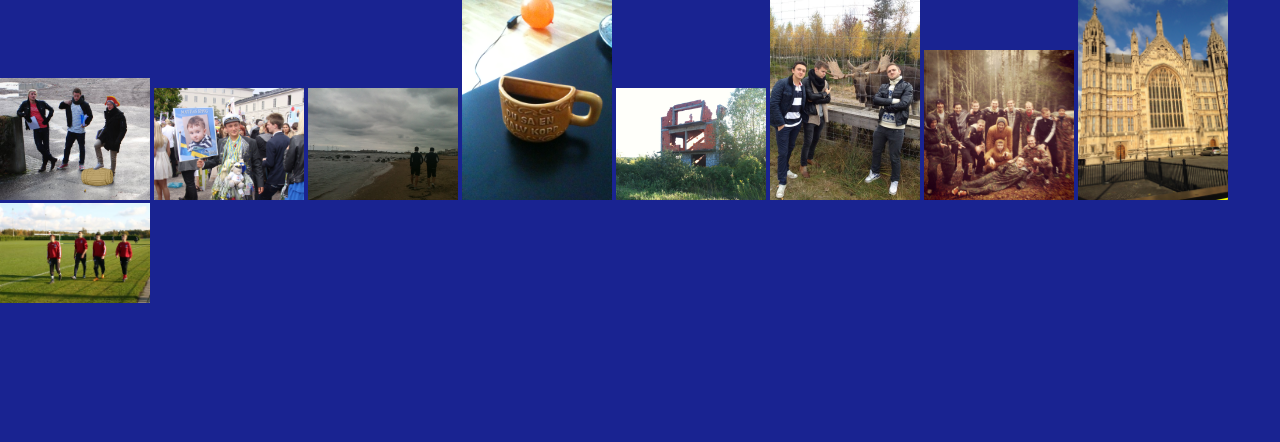
Repository: mp222sf/1ik415-laborationer
Page: gallery/index.html
The author's editor kept a record of every edit. The page is drawn from the files as they stood at one moment, then again after the next edit.
The browser window is 1280 px wide. The pictures show the whole page.

Above is the page before.

### gallery/index.html
<!doctype html>
<html lang="sv">
    <head>
        <meta charset="utf-8" />
        <title>Gallery</title>
        <meta name="viewport" content="width=device-width, initial-scale=1, user-scalable=0, maximum-scale=1">
        <link rel="stylesheet" href="css/style_gallery.css" media="screen" />
        <link rel="stylesheet" href="css/print.css" media="print" />
        <link rel="stylesheet" href="css/mobileDevices.css" media="only screen and (max-width: 480px)" />
    </head>
    <body>
        <div id="container">
            <div id="content">
                <a href="pics/CaptainMorgan.jpg" title="Captain Morgan-skepnad."><img src="pics/CaptainMorgan.jpg" alt="En omredigerad bild på mig i Captain Morgan-skepnad."></img></a>
                <a href="pics/DSC04676.JPG" title="'Sjung om studentens lyckliga dar...'"><img src="pics/DSC04676.JPG" alt="Jag utanför skolan dagen jag tog studenten."></img></a>
                <a href="pics/IMG_0128.JPG" title="Sommarväder på västkusten."><img src="pics/IMG_0128.JPG" alt="En strandpromenad på stranden i Falkenberg."></img></a>
                <a href="pics/IMG_0623.JPG" title="Visst?"><img src="pics/IMG_0623.JPG" alt="En unik kopp som vertikalt är delad på mitten."></img></a>
                <a href="pics/IMG_0677.JPG" title="Familjens hus i Bosnien efter kriget."><img src="pics/IMG_0677.JPG" alt="Min familjs sönderbombade hus i Bosnien."></img></a>
                <a href="pics/IMG_2771.JPG" title="18-taggaren ville vara med på en selfie."><img src="pics/IMG_2771.JPG" alt="Jag, två vänner och en älg på en älgpark."></img></a>
                <a href="pics/IMG_2862.JPG" title="World War 3!"><img src="pics/IMG_2862.JPG" alt="Gruppfoto på lagkamrater i paintballkläder."></img></a>
                <a href="pics/IMG_2952.JPG" title="Palace of Westminster, London."><img src="pics/IMG_2952.JPG" alt="Palace of Westminster-byggnaden i London."></img></a>
                <a href="pics/IMG_9748.JPG" title="Första träningen med hollänska klubben SC Heerenveen."><img src="pics/IMG_9748.JPG" alt="Jag och tre vänner på en fotbollsplan under ett provspel med SC Heerenveen."></img></a>
            </div>
        </div>
    </body>
</html>

### gallery/css/style_gallery.css
/* http://meyerweb.com/eric/tools/css/reset/
   v2.0 | 20110126
   License: none (public domain)
*/

html, body, div, span, applet, object, iframe,
h1, h2, h3, h4, h5, h6, p, blockquote, pre,
a, abbr, acronym, address, big, cite, code,
del, dfn, em, img, ins, kbd, q, s, samp,
small, strike, strong, sub, sup, tt, var,
b, u, i, center,
dl, dt, dd, ol, ul, li,
fieldset, form, label, legend,
table, caption, tbody, tfoot, thead, tr, th, td,
article, aside, canvas, details, embed,
figure, figcaption, footer, header, hgroup,
menu, nav, output, ruby, section, summary,
time, mark, audio, video {
	margin: 0;
	padding: 0;
	border: 0;
	font-size: 100%;
	font: inherit;
	vertical-align: baseline;
}
/* HTML5 display-role reset for older browsers */
article, aside, details, figcaption, figure,
footer, header, hgroup, menu, nav, section {
	display: block;
}
body {
	line-height: 1;
	background: #192391;
}
ol, ul {
	list-style: none;
}
blockquote, q {
	quotes: none;
}
blockquote:before, blockquote:after,
q:before, q:after {
	content: '';
	content: none;
}


#container {

}
#gallery {
    width: 70%;
    margin-left: auto;
    margin-right: auto;
    position: relative;

}


img {
    width: 150px;



}

### css/print.css
/* http://meyerweb.com/eric/tools/css/reset/
   v2.0 | 20110126
   License: none (public domain)
*/

html, body, div, span, applet, object, iframe,
h1, h2, h3, h4, h5, h6, p, blockquote, pre,
a, abbr, acronym, address, big, cite, code,
del, dfn, em, img, ins, kbd, q, s, samp,
small, strike, strong, sub, sup, tt, var,
b, u, i, center,
dl, dt, dd, ol, ul, li,
fieldset, form, label, legend,
table, caption, tbody, tfoot, thead, tr, th, td,
article, aside, canvas, details, embed,
figure, figcaption, footer, header, hgroup,
menu, nav, output, ruby, section, summary,
time, mark, audio, video {
	margin: 0;
	padding: 0;
	border: 0;
	font-size: 100%;
	font: inherit;
	vertical-align: baseline;
}
/* HTML5 display-role reset for older browsers */
article, aside, details, figcaption, figure,
footer, header, hgroup, menu, nav, section {
	display: block;
}
body {
	line-height: 1;
}
ol, ul {
	list-style: none;
}
blockquote, q {
	quotes: none;
}
blockquote:before, blockquote:after,
q:before, q:after {
	content: '';
	content: none;
}
table {
	border-collapse: collapse;
	border-spacing: 0;
}


a:link {
    color:#0000CC;
    text-decoration: underline;
}
a:visited {
    color:#0000CC;
    text-decoration: underline;

}

a:hover {
    color:#0000CC;
    text-decoration: underline;
}
a:focus {
    color:#0000CC;
    text-decoration: underline;
}
a:active {
    color:#0000CC;
    text-decoration: underline;
}
a:after {
    content:" (" attr(href) ") ";


}



/*
        COINTAINER
                        */
#cointainer {
    background-color:white;
    color:black;
    width:1000px;
    margin: 0 auto;
    text-align:left;
    font-size: 14pt;
    font-family: "Georgia", "Times New Roman", sans-serif;

}





/*
        HEADER
                        */
#header {
    background-color:white;
    background-image: url('../pics/jag_logotype.png');
    background-size: contain;
    background-repeat: no-repeat;
    color:black;
    text-align:left;
    height:150px;
    padding:10px;
    margin: 20px 0px 0px 0px;
    border-radius: 30px 30px 0px 0px;

    border-bottom: 5px double white;

}
#header h1 {
   font-size:72pt;
   text-align: right;
}
#header h3 {
   font-size:32pt;
   text-align: right;

}

#navigation_content {

    background-color:white;
    width:100%;
    height:100%;
    float:left;



}
/*
        NAVIGATION
                        */
#navigation           {
    display: none;
}






/*
        CONTENT
                        */
#content {
    width:100%;
    height:100%;
    background-color:white;
    float:left;
    padding:10px;

}
#content p {

   margin-bottom:5px;
   margin-top:0px;
}
#content strong {
   margin-top: 20px;
   font-size:18pt;



}
#content dt {
   margin-top: 10px;




}
#content dd {
    margin-left: 20px;
}
#content ul.little_list {
    list-style-type: square;
    margin-left: 30px;
}
#content li {
   margin-top: 10px;
}
#content li li {
   margin-top: 0px;



}
#content h3 {
   font-size:32pt;
   margin-bottom:10px;
   margin-top:10px;
}
#content h4 {
   font-size:24pt;
   margin-bottom:5px;
   margin-top:25px;
   border-bottom: 1px solid #1E1E1E;
}
#content h4.blogg {
   background-image: url('https://1ik415-laborationer-c9-mp222sf.c9.io/pics/jag_logotype.png');
   background-size: contain;
   background-repeat: no-repeat;
   font-size:24pt;
   margin-bottom:5px;
   margin-top:25px;
   padding-left:45px;
}
#content p.bloggnamn {
    font-style: italic;
    text-align: right;
}

#content fieldset {
    border:1px solid black;
    padding: 5px;
    background-color: white;
    margin-bottom: 10px;
    color: black;
    font-family: "Arial";


}

#content legend {
    padding: 3px;
    margin-left: 5px;
    margin-right: 5px;
  color:black;
  font-size:90%;
  text-align:left;
  background-color: white;
}
#content textarea {
    font-family: "Georgia";
}


#resultat_tabell thead {
   font-weight:bold;
   padding: 3px;
   margin-top: 20px
   margin-bottom: 20px;
   border: 1px solid black;
}
#resultat_tabell th {
    padding-top: 5px;
    padding-left: 3px;
   padding-bottom: 5px;
   background: white;
   text-align: center;

}
#resultat_tabell tbody td {
   padding: 3px;
   border-left: 1px solid black;
   border-right: 1px solid black;
}
#resultat_tabell tfoot td {
   padding: 3px;
   border: 1px solid black;
   background: white;
}
#resultat_tabell tr:nth-child(even) {background: #fff}
#resultat_tabell tr:nth-child(odd) {background: white}
#resultat_tabell klar {
    color: green;
}
#resultat_tabell ejklar {
    color: black;
}


/*
        MEDIA
                        */

#big_buck_bunny {
    display: none;
    margin-bottom:10px;
    margin-top:10px;
}


#jag_presentation {
    width: 150px;
    border-radius: 30px 30px 30px 30px;

}
#london2013 {
    width: 200px;
    padding: 10px;
}

.right {
    float: right;
}

.left {
    float: left;
}

#content p.form {

}




/*
        FOOTER
                        */
#footer {
    background-color:white;
    color:black;
    clear:both;
    text-align:center;
    padding:10px;
    margin: 0px 0px 10px 0px;
    border-radius: 0px 0px 10px 10px;
    border-top: 5px double white;
}

.clear{
    clear:both;
}

### css/mobileDevices.css
/* ------------------
    CONTAINER
   ------------------ */

#cointainer {
    background-color:white;
    width:100%;
    text-align:left;

}




/* ------------------
    HEADER
   ------------------ */

#header {
    width: 100%;
    background-size: auto 125px;
    height:200px;
    padding: 0px;
    position: relative;
}
#header h1 {
    font-size:48px;
    text-align: right;
    position: absolute; bottom: 30px; left: 5px;
}
#header h3 {
    font-size:28px;
    text-align: right;
    position: absolute; bottom: 5px; left: 5px;
}


/* ------------------
    NAVIGATION-CONTENT
   ------------------ */

#navigation_content {
    width: 100%;
    padding: 0px;
}

/* ------------------
    NAVIGATION
   ------------------ */

#navigation           {
    width: 100%;
    display: block;
    padding: 0px;
    border-bottom: 5px double white;
}
#navigation h3 {
    display: none;
    margin-bottom:0px;
    margin-top:0px;
    margin-left:0px;
}
#navigation ul {
}
#navigation li a {
    width: 100%;
    font-size: 14px;
    padding: 0px 0px 0px 0px;
    border: 0px solid #616161;
    border-top: 1px solid #616161;
    border-bottom: 1px solid #616161;
    text-indent: 35px;
}
#navigation a {
    margin: 0px 0px 0px 35px;
}
#navigation li a:focus {
}
#navigation li a:hover {
}
#navigation a:link, #navigation a:visited {
}


/* ------------------
   NAVIGATION #MENY_LISTA
   ------------------ */

#navigation #meny_lista li a {
display: block;
width: 100%;
padding: 0px;
border: 0px solid #616161;
border-top: 1px solid #616161;
border-bottom: 1px solid #616161;
text-indent: 20px;
}
#navigation #meny_lista li a:focus {
}
#navigation #meny_lista li a:hover {

}
#navigation #meny_lista a:link, #navigation #meny_lista a:visited {
}




/* ------------------
    CONTENT
   ------------------ */

#content {
    width:100%;
    height:100%;
    background-color:#E0E0D1;
    padding: 0px;


}
#content p {
    padding-left: 5px;
    padding-right: 5px;
}
#content h3 {
    font-size:28px;
    padding: 5px;
}
#content h4 {
    font-size:20px;
    padding: 5px;
}
#content h4.blogg {
    font-size:20px;
    padding-left:55px;
}
#content p.bloggnamn {
}

#content p.form {
}

#content fieldset {
    margin-top: 10px;
    margin-left: 5px;
    margin-right: 5px;
}

#content legend {
    padding: 3px;
    margin-left: 5px;
    margin-right: 5px;
}
#content dt {
    padding-left: 5px;
    padding-right: 5px;
}
#content dd {
    margin-left: 25px;
}

#content ol li, #content ul li{
    padding-left: 5px;
    padding-right: 5px;
}

#resultat_div {
    overflow: auto;
}

#resultat_tabell {
    max-width: 100%;
    white-space: nowrap;
}
#resultat_tabell thead {
}
#resultat_tabell th {
}
#resultat_tabell tbody td {
}
#resultat_tabell tfoot td {
}
#resultat_tabell klar {
}
#resultat_tabell ejklar {
}
#resultat_tabell table {
    white-space: nowrap;
    margin: 4px;

}



/* ------------------
    CONTENT SPECIAL
   ------------------ */


#big_buck_bunny {
    width: 90%;
    margin-left: 15px;
    margin-right: auto;
}

img {
    max-width: 100%;
}
#london2013 {
    width: 92%;
    margin-left: auto;
    margin-right: auto;
    float: left;
}
#jag_presentation {
    display: block;
    float: none;
    position: center;
    width: 70%;
    margin-top: 10px;
    margin-left: auto;
    margin-right: auto;
}

#screenshot-mobile {
    width: 97%;
    margin-left: auto;
    margin-right: auto;
    float: left;
    display: block;
    border: 1px solid black;
}





/* ------------------
    FOOTER
   ------------------ */

#footer {
    background-color:#616161;
    color:white;
    clear:both;
    text-align:center;
    padding:10px;
    margin: 0px 0px 10px 0px;
    border-radius: 0px 0px 10px 10px;
    border-top: 5px double white;
}

After the next edit:
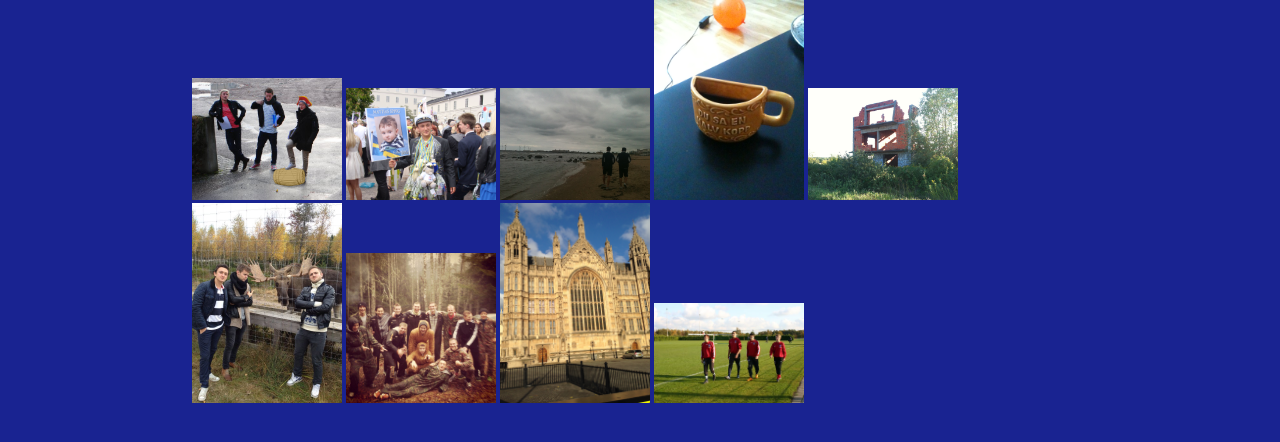
The edit:
--- a/gallery/index.html
+++ b/gallery/index.html
@@ -10,16 +10,16 @@
     </head>
     <body>
         <div id="container">
-            <div id="content">
-                <a href="pics/CaptainMorgan.jpg" title="Captain Morgan-skepnad."><img src="pics/CaptainMorgan.jpg" alt="En omredigerad bild på mig i Captain Morgan-skepnad."></img></a>
-                <a href="pics/DSC04676.JPG" title="'Sjung om studentens lyckliga dar...'"><img src="pics/DSC04676.JPG" alt="Jag utanför skolan dagen jag tog studenten."></img></a>
-                <a href="pics/IMG_0128.JPG" title="Sommarväder på västkusten."><img src="pics/IMG_0128.JPG" alt="En strandpromenad på stranden i Falkenberg."></img></a>
-                <a href="pics/IMG_0623.JPG" title="Visst?"><img src="pics/IMG_0623.JPG" alt="En unik kopp som vertikalt är delad på mitten."></img></a>
-                <a href="pics/IMG_0677.JPG" title="Familjens hus i Bosnien efter kriget."><img src="pics/IMG_0677.JPG" alt="Min familjs sönderbombade hus i Bosnien."></img></a>
-                <a href="pics/IMG_2771.JPG" title="18-taggaren ville vara med på en selfie."><img src="pics/IMG_2771.JPG" alt="Jag, två vänner och en älg på en älgpark."></img></a>
-                <a href="pics/IMG_2862.JPG" title="World War 3!"><img src="pics/IMG_2862.JPG" alt="Gruppfoto på lagkamrater i paintballkläder."></img></a>
-                <a href="pics/IMG_2952.JPG" title="Palace of Westminster, London."><img src="pics/IMG_2952.JPG" alt="Palace of Westminster-byggnaden i London."></img></a>
-                <a href="pics/IMG_9748.JPG" title="Första träningen med hollänska klubben SC Heerenveen."><img src="pics/IMG_9748.JPG" alt="Jag och tre vänner på en fotbollsplan under ett provspel med SC Heerenveen."></img></a>
+            <div id="gallery">
+                <a href="pics/CaptainMorgan.jpg" title="Captain Morgan-skepnad."><img class="rotation" src="pics/CaptainMorgan.jpg" alt="En omredigerad bild på mig i Captain Morgan-skepnad." /></a>
+                <a href="pics/DSC04676.JPG" title="'Sjung om studentens lyckliga dar...'"><img class="rotation" src="pics/DSC04676.JPG" alt="Jag utanför skolan dagen jag tog studenten." /></a>
+                <a href="pics/IMG_0128.JPG" title="Sommarväder på västkusten."><img class="rotation" src="pics/IMG_0128.JPG" alt="En strandpromenad på stranden i Falkenberg." /></a>
+                <a href="pics/IMG_0623.JPG" title="Visst?"><img class="rotation" src="pics/IMG_0623.JPG" alt="En unik kopp som vertikalt är delad på mitten." /></a>
+                <a href="pics/IMG_0677.JPG" title="Familjens hus i Bosnien efter kriget."><img class="rotation" src="pics/IMG_0677.JPG" alt="Min familjs sönderbombade hus i Bosnien." /></a>
+                <a href="pics/IMG_2771.JPG" title="18-taggaren ville vara med på en selfie."><img class="rotation" src="pics/IMG_2771.JPG" alt="Jag, två vänner och en älg på en älgpark." /></a>
+                <a href="pics/IMG_2862.JPG" title="World War 3!"><img class="rotation" src="pics/IMG_2862.JPG" alt="Gruppfoto på lagkamrater i paintballkläder." /></a>
+                <a href="pics/IMG_2952.JPG" title="Palace of Westminster, London."><img class="rotation" src="pics/IMG_2952.JPG" alt="Palace of Westminster-byggnaden i London." /></a>
+                <a href="pics/IMG_9748.JPG" title="Första träningen med hollänska klubben SC Heerenveen."><img class="rotation" src="pics/IMG_9748.JPG" alt="Jag och tre vänner på en fotbollsplan under ett provspel med SC Heerenveen." /></a>
             </div>
         </div>
     </body>
